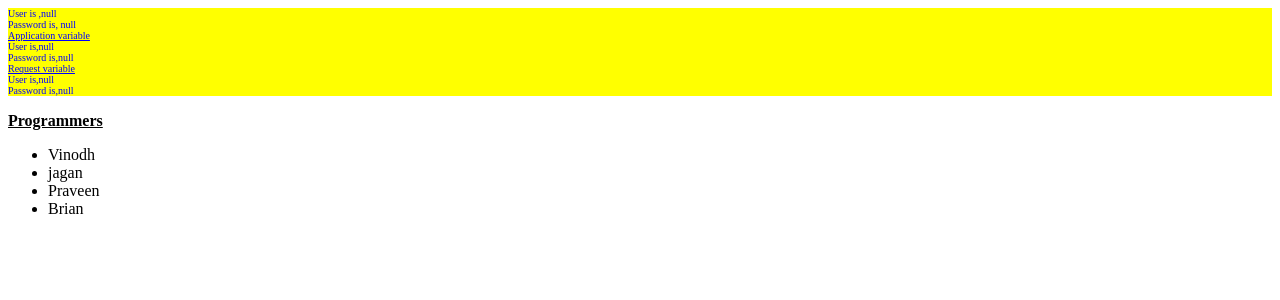
Repository: snehkat/Hibernate-Demo
Page: http://localhost/WebNewOld/x.php
The author's editor kept a copy of each file at every save. The page is drawn from the files as they stood at one save, then again after the next save.
The browser window is 1280 px wide. The pictures show the whole page.
The page is served by Tomcat 9.

Above is the page before, as saved 2020-02-13 08:56:38.

After the next save:
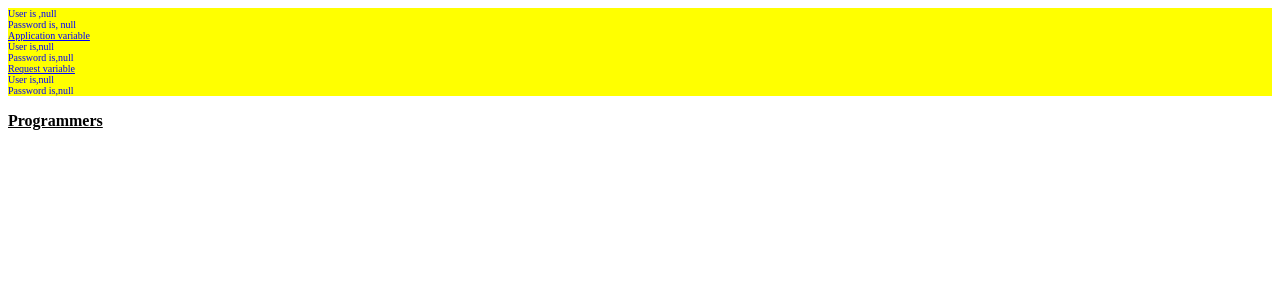
Saved 116 s later.
--- a/WebNewOld/WebContent/result.jsp
+++ b/WebNewOld/WebContent/result.jsp
@@ -37,14 +37,7 @@
 <p>
 <B><u>Programmers</u></B><br>
 <ul>
-<%
-List<String> l=(List<String>)request.getAttribute("programmers");
-for(String temp:l){
-	%>
-	<li><%=temp %></li>
-	<%
-	}
-	%>
+
 
 	</ul>
 </body>

After the save that followed:
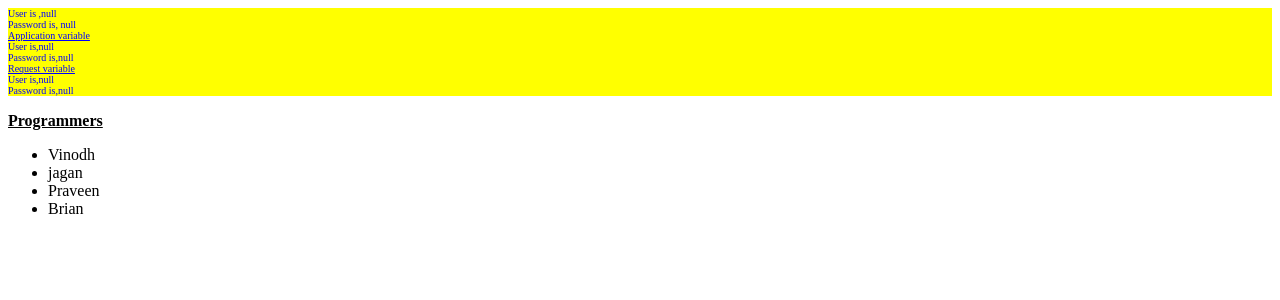
Saved 31 s later.
--- a/WebNewOld/WebContent/result.jsp
+++ b/WebNewOld/WebContent/result.jsp
@@ -39,6 +39,15 @@
 <ul>
 
 
+<%
+List<String> l=(List<String>)request.getAttribute("programmers");
+for(String temp:l){
+	%>
+	<li><%=temp%></li>
+	<%
+	}
+	%>
+
 	</ul>
 </body>
 </html>
